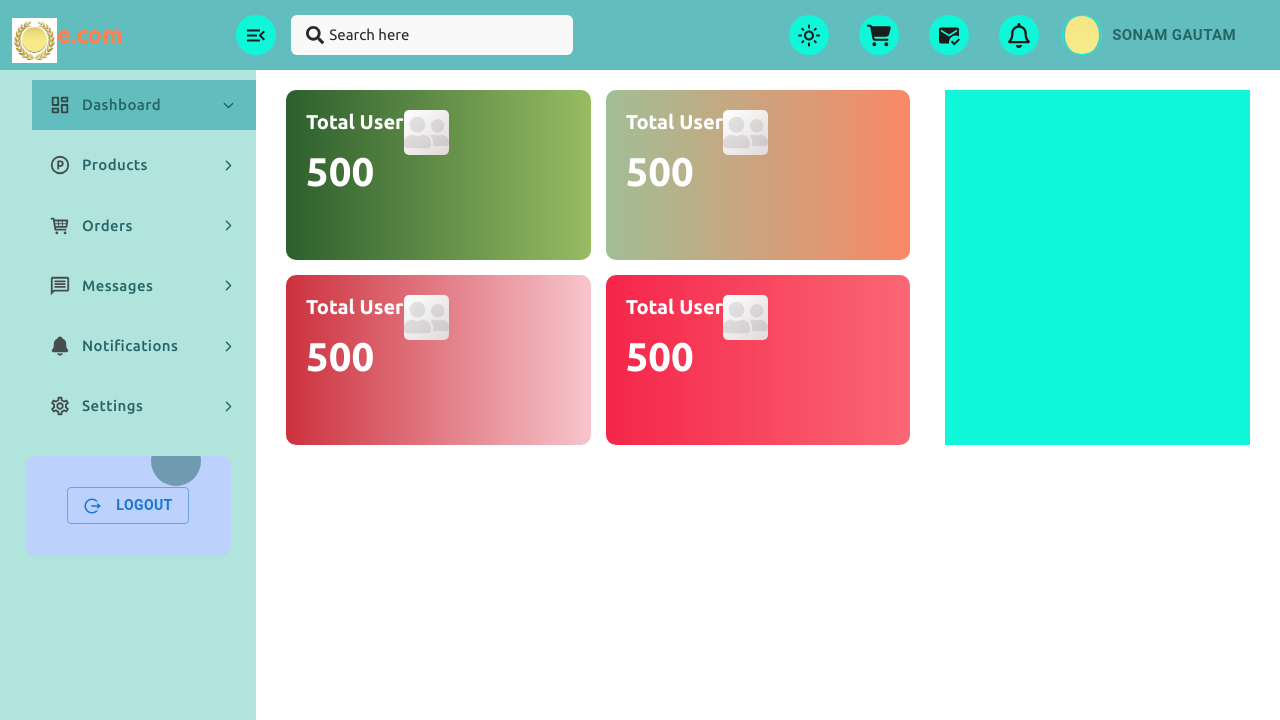
Repository: gautamsonam011/admin-react-dashboard
Page: /
The author's editor kept a copy of each file at every save. The page is drawn from the files as they stood at one save, then again after the next save.
The browser window is 1280 px wide. The pictures show the whole page.
The project was rebuilt for these pictures with package versions that can differ from the ones it lists, and the page was loaded fresh each time.

Above is the page before, as saved 2025-04-16 13:34:27.

### src/App.css
@import url('https://fonts.googleapis.com/css2?family=Ubuntu:ital,wght@0,300;0,400;0,500;0,700;1,300;1,400;1,500;1,700&display=swap');

body{
  font-family: "Ubuntu", sans-serif !important;
  background-color: #f4f8f7;

}

header{
  width:100%;
  height: 70px;
  background-color:#62bebe;
  position: fixed;
  top:0px;
  left:0px;
  z-index: 1000;
}
header .logo{
  text-decoration: none;
}
header .logo img{
  margin-top: 10px;
  width:45px;

}

header .logo span{
color: coral;
font-weight: bolder;
font-size: 24px;
}
header button.rounded-circle{min-width:40px !important; width:40px !important; height: 40px !important; background-color:#0ff7d8 !important; margin: 15px;}
header button.rounded-circle svg{color:rgb(29, 27, 27); font-size: 25px !important; transition: all 0.2s ease-in-out;}
header button.rounded-circle:hover svg{color: #2585d4 !important;}
.searchBox{width:400px; height: 40px; background-color:#faf9f9; border-radius: 6px;padding: 3px 15px;}
.searchBox input{background: transparent;border:0px; outline:none; padding-left: 5px; font-size: 15px; color:#292929}
.searchBox input::-webkit-input-placeholder{color:#292929}
.searchBox svg{font-size: 18px; color:#292929 ;}

.userImg{display: flex; align-items:center; justify-content: center; overflow: hidden; width:40px; height: 40px; border:1px solid #0ff7d8; padding: 2px; border-radius: 100%;}
.userImg .rounded-circle{display: flex; align-items:center; justify-content: center; overflow: hidden; width: 40px; height: 40px; cursor: pointer; position: relative;}
.userImg .rounded-circle .img{object-fit: cover; width: 100%;}
.userInfo{padding-left: 10px;}
.userInfo h5{font-size: 15px; font-weight: 600; margin-bottom:0px; color: #266666;}

#account-menu li{font-size: 14px !important;}
#account-menu li svg{font-size: 20px !important}

.dropdown-info{padding-left: 6px;}
.dropdown-info h4{font-size: 15px; font-weight:600;margin-top: 2px; white-space: break-space; line-height: 21px;}
.dropdown-info p{font-size: 10px; color: #2585d4;}


/* Style for sidebar  */

.main .sidebarWrapper{width: 20%; flex: 0 0 20%; transition: all 0.3s ease-in-out;}
.main .sidebarWrapper .sidebar{width:20%; height: 100vh; position:fixed; top: 70px; left:0px; background:#b1e4dd; overflow-y: scroll; overflow-x: hidden;}
.main .sidebarWrapper .sidebar::-webkit-scrollbar-thumb{background: transparent !important; width:3px;}
.main .sidebarWrapper:hover .sidebar::-webkit-scrollbar{ background:#2585d4; width:3px;}
.main .sidebarWrapper .sidebar ul{margin-bottom:0px;}
.main .sidebarWrapper .sidebar ul li{list-style: none; margin-top:10px;}
.main .sidebarWrapper .sidebar ul li button{color:#266666; text-align: left; justify-content: left; border-radius:0px !important; padding: 12px 15px !important;
  align-items: center; text-transform: capitalize !important;font-family: "Ubuntu", sans-serif !important;
  margin-left: 0px; font-size: 15px !important;
}
.main .sidebarWrapper .sidebar ul li button .icon{display: flex; align-items:center; justify-content: center; width:25px; height:25px; margin-right: 10px;}
.main .sidebarWrapper .sidebar ul li button .icon svg{color:#292929; opacity: 0.8; font-size: 22px;}
.main .sidebarWrapper .sidebar ul li button .arrow{margin-left: auto; display: flex; align-items: center; justify-content: center; width: 25px; transition: all 0.3s ease-in-out}
.main .sidebarWrapper .sidebar ul li button:hover{background:#62bebe !important;}
.main .sidebarWrapper .sidebar ul li button.active{background: #62bebe !important;}
.main .sidebarWrapper .sidebar ul li button.active .arrow{transform: rotate(90deg);}

.main .sidebarWrapper .sidebar ul .submenu{padding: 0px 45px; position:relative; height:auto;}
.main .sidebarWrapper .sidebar ul .submenu::before{content:''; width:1px; height: 95%; position: absolute; top:0px; left:25px; background:rgba(0, 0, 0, 0.1);}
.main .sidebarWrapper .sidebar ul .submenu li{width:100%; list-style: none;}
.main .sidebarWrapper .sidebar ul .submenu li a{color:#266666 !important; text-decoration: none; font-family: "Ubuntu", sans-serif !important;
display: block; padding: 6px 0px; font-size: 14px !important; font-weight: 500; transition:all 0.3s}
.main .sidebarWrapper .sidebar ul .submenu li a:hover{color:#2585d4 !important;}

.main .sidebarWrapper .sidebar ul .submenuWrapper{transition:all 0.3s ease-in-out; height: 0px; overflow: hidden; }
.main .sidebarWrapper .sidebar ul .submenuWrapper.colapsed .submenu{opacity:0;}

.main .sidebarWrapper .sidebar ul .submenuWrapper.colapse{height:auto; overflow: inherit;}
.main .sidebarWrapper .sidebar ul .submenuWrapper.colapse .submenu{opacity:1; height:auto;}

.logoutWrapper{padding: 0px 25px;}
.logoutWrapper .logoutBox{width:100%; height:100px; padding: 25px; background:#bcd2fd; border-radius:10px; margin-bottom:20px; display:flex; align-items: center; justify-content: center;
position:relative; overflow:hidden;}
.logoutWrapper .logoutBox::before{content:''; width:50px; height:50px; background:#266666; border-radius: 100%; position:absolute; top: -20px; right: 30px; opacity:0.5}
.logoutWrapper .logoutBox::after{content:''; width:30px; height:30px; background:#266666; border-radius: 100%; position:absolute; top: -30px; left: 30px; opacity:0.5}
.logoutWrapper .logoutBox button{font-size:14px !important; font-weight: 600 !important; }
.logoutWrapper .logoutBox button svg{margin-right: 15px; font-size:18px;}

.main .content{width:80%; flex: 0 0 80%;}
.dashboardBoxWrapperRow{margin-left: 20%;}
.right-content{padding: 90px 30px;}
.dashboardBoxWrapper{gap: 15px; width:100%; flex-wrap: wrap;}
.dashboardBoxWrapper .dashboardBox{width:48%; height: 170px; border-radius:10px; overflow: hidden; padding:20px;}
.dashboardBoxWrapperRow .box{width:100%; height: 100%; background:#0ff7d8;}

.dashboardBoxWrapper .dashboardBox .col1 h4{font-size: 20px; font-weight: 600;}
.dashboardBoxWrapper .dashboardBox .col1 span{font-size: 40px; font-weight: bold;}
.dashboardBoxWrapper .dashboardBox .icon {display: flex; align-items:center; justify-content: center; width:45px; height: 45px; border-radius:5px; background-image: linear-gradient(to bottom right, #fff, #e0d9d9);}
.dashboardBoxWrapper .dashboardBox .icon svg{font-size: 45px; opacity: 0.1;}

### src/pages/Dashboard/Dashboard.jsx
import DashboardBox from "../../components/DashboardBox";

const Dashboard = () => {
    return (
        <div className="right-content w-100">
            <div className="row dashboardBoxWrapperRow ">
                <div className="col-md-8">
                    <div className="dashboardBoxWrapper d-flex">
                        <DashboardBox color={["#2C5F2D", "#97BC62"]} />
                        <DashboardBox color={["#A1BE95", "#F98866"]} />
                        <DashboardBox color={["#CC313D", "#F7C5CC"]} />
                        <DashboardBox color={["#F52549", "#FA6775"]} />

                    </div>
                </div>
                <div className="col-md-4 pl-0">
                    <div className="box"></div>
                </div>
            </div>
        </div>
    )
}

export default Dashboard;

### src/components/Header/index.jsx
import React, { useState } from 'react';
import { Link } from "react-router-dom";
import logo from "../../assests/images/logo.jpg";
import Button from '@mui/material/Button';
import { MdMenuOpen } from "react-icons/md";
// import { MdOutlineMenu } from "react-icons/md";
import SearchBox from "../SearchBox";
import { MdOutlineLightMode } from "react-icons/md";
// import { MdDarkMode } from "react-icons/md";
import { FaCartShopping } from "react-icons/fa6";
import { MdMarkEmailRead } from "react-icons/md";
import { FaRegBell } from "react-icons/fa";


import Avatar from '@mui/material/Avatar';
import Menu from '@mui/material/Menu';
import MenuItem from '@mui/material/MenuItem';
import ListItemIcon from '@mui/material/ListItemIcon';
import Divider from '@mui/material/Divider';
import { FaShieldAlt } from "react-icons/fa";
import Settings from '@mui/icons-material/Settings';
import Logout from '@mui/icons-material/Logout';

const Header = () => {
    const [anchorEl, setAnchorEl] = useState(null);
    const [anchorElNotification, setAnchorElNotification] = useState(null);

    const open = Boolean(anchorEl);

    const handleOpenMyAccountDropdown = (event) => {
        if (anchorEl) {
            setAnchorEl(null);
        } else {
            setAnchorEl(event.currentTarget);
        }
    };

    const handleOpenMyAccountDropdownClose = () => {
        setAnchorEl(null);
    };

    // For Notification dropdown
    const handleOpennotificationsDrop = (event) => {
        setAnchorElNotification(event.currentTarget);
    };

    const handleClosenotificationsDrop = () => {
        setAnchorElNotification(null);
    };



    return (
        <>
            <header>
                <div className="container-fluid">
                    <div className="row d-flex align-items-center w-100">
                        {/* logo */}
                        <div className="col-sm-2">
                            <Link to="/" className="d-flex align-items-center logo">
                                <img src={logo} alt="logo" />
                                <span className="ml-2">e.com</span>
                            </Link>
                        </div>
                        <div className="col-sm-3 d-flex align-items-center pl-4">
                            <Button className="rounded-circle"><MdMenuOpen /></Button>
                            <SearchBox />
                        </div>
                        <div className="col-sm-7 d-flex align-items-center justify-content-end part3">
                            <Button className="rounded-circle"><MdOutlineLightMode /></Button>
                            <Button className="rounded-circle"><FaCartShopping /></Button>
                            <Button className="rounded-circle"><MdMarkEmailRead /></Button>
                            <Button className="rounded-circle" onClick={handleOpennotificationsDrop}>
                                <FaRegBell />
                            </Button>
                            <Menu
                                anchorEl={anchorElNotification}
                                open={Boolean(anchorElNotification)}
                                onClose={handleClosenotificationsDrop}
                                onClick={handleClosenotificationsDrop}
                                slotProps={{
                                    paper: {
                                        elevation: 0,
                                        sx: {
                                            overflow: 'visible',
                                            filter: 'drop-shadow(0px 2px 8px rgba(0,0,0,0.32))',
                                            mt: 1.5,
                                            '&::before': {
                                                content: '""',
                                                display: 'block',
                                                position: 'absolute',
                                                top: 0,
                                                right: 14,
                                                width: 10,
                                                height: 10,
                                                bgcolor: 'background.paper',
                                                transform: 'translateY(-50%) rotate(45deg)',
                                                zIndex: 0,
                                            },
                                        },
                                    },
                                }}
                                transformOrigin={{ horizontal: 'right', vertical: 'top' }}
                                anchorOrigin={{ horizontal: 'right', vertical: 'bottom' }}
                            >
                                <MenuItem onClick={handleClosenotificationsDrop}>
                                    Orders(12)
                                </MenuItem>
                                <Divider className="mb-2" />
                                <MenuItem onClick={handleClosenotificationsDrop}>
                                    <div className="d-flex align-items-center dropdown-list">

                                        <div className="userImg">
                                        <span className="rounded-circle">
                                            <img src={logo} alt="profile" />
                                        </span>

                                    </div>
                                    <div className='dropdown-info'>
                                        <h4><b>Sona</b> added Leather New Shoes</h4>
                                        <p>Few minutes ago</p>
                                    </div>
                                    </div>

                                </MenuItem>
                                <MenuItem onClick={handleClosenotificationsDrop}>
                                    <div className="d-flex align-items-center dropdown-list">

                                        <div className="userImg">
                                        <span className="rounded-circle">
                                            <img src={logo} alt="profile" />
                                        </span>

                                    </div>
                                    <div className='dropdown-info'>
                                        <h4><b>Sona</b> added Leather New Shoes</h4>
                                        <p>Few minutes ago</p>
                                    </div>
                                    </div>

                                </MenuItem>
                            </Menu>

                            <div className="myAccountWrapper">
                                <Button className="myAccount d-flex align-items-center" onClick={handleOpenMyAccountDropdown}>
                                    <div className="userImg">
                                        <span className="rounded-circle">
                                            <img src={logo} alt="profile" />
                                        </span>

                                    </div>
                                    <div className="userInfo">
                                        <h5>Sonam Gautam</h5>
                                    </div>

                                    <Menu
                                        anchorEl={anchorEl}
                                        id="account-menu"
                                        open={open}
                                        onClose={handleOpenMyAccountDropdownClose}
                                        onClick={handleOpenMyAccountDropdownClose}
                                        slotProps={{
                                            paper: {
                                                elevation: 0,
                                                sx: {
                                                    overflow: 'visible',
                                                    filter: 'drop-shadow(0px 2px 8px rgba(0,0,0,0.32))',
                                                    mt: 1.5,
                                                    '& .MuiAvatar-root': {
                                                        width: 32,
                                                        height: 32,
                                                        ml: -0.5,
                                                        mr: 1,
                                                    },
                                                    '&::before': {
                                                        content: '""',
                                                        display: 'block',
                                                        position: 'absolute',
                                                        top: 0,
                                                        right: 14,
                                                        width: 10,
                                                        height: 10,
                                                        bgcolor: 'background.paper',
                                                        transform: 'translateY(-50%) rotate(45deg)',
                                                        zIndex: 0,
                                                    },
                                                },
                                            },
                                        }}
                                        transformOrigin={{ horizontal: 'right', vertical: 'top' }}
                                        anchorOrigin={{ horizontal: 'right', vertical: 'bottom' }}
                                    >
                                        <MenuItem onClick={handleOpenMyAccountDropdownClose}>
                                            <Avatar /> Profile
                                        </MenuItem>
                                        <Divider />
                                        <MenuItem onClick={handleOpenMyAccountDropdownClose}>
                                            <ListItemIcon>
                                                <FaShieldAlt fontSize="small" />
                                            </ListItemIcon>
                                            Reset Password
                                        </MenuItem>
                                        <MenuItem onClick={handleOpenMyAccountDropdownClose}>
                                            <ListItemIcon>
                                                <Settings fontSize="small" />
                                            </ListItemIcon>
                                            Settings
                                        </MenuItem>
                                        <MenuItem onClick={handleOpenMyAccountDropdownClose}>
                                            <ListItemIcon>
                                                <Logout fontSize="small" />
                                            </ListItemIcon>
                                            Logout
                                        </MenuItem>
                                    </Menu>
                                </Button>
                            </div>
                        </div>
                    </div>
                </div>
            </header>
        </>
    )
}

export default Header

### src/components/Sidebar/index.jsx
import Button from '@mui/material/Button';
import { RiDashboardLine } from "react-icons/ri";
import { IoIosArrowForward } from "react-icons/io";
import { TbBrandProducthunt } from "react-icons/tb";
import { TiShoppingCart } from "react-icons/ti";
import { MdOutlineMessage } from "react-icons/md";
import { IoNotifications } from "react-icons/io5";
import { MdOutlineSettings } from "react-icons/md";
import { Link } from 'react-router-dom';
import React, {useState} from "react";
import { RiLogoutCircleRLine } from "react-icons/ri";

const Sidebar = () =>{
    const [activeTab, setActiveTab] = useState(0);
    const [isToggleSubmenu, setIsToggleSubmenu] = useState(false);

    const isOpenSubmenu = (index) =>{
        setActiveTab(index);
        setIsToggleSubmenu(!isToggleSubmenu);


    }

    return(
        <div className="sidebar">
            <ul>
                <li>
                    <Link to="/">
                    <Button className={`w-100 ${activeTab === 0 ? 'active' : ''}`} onClick={()=>isOpenSubmenu(0)}>
                        <span className='icon'><RiDashboardLine/></span>
                        Dashboard
                        <span className="arrow"><IoIosArrowForward/></span>
                    </Button>
                    </Link>
                </li>
                <li>
                    <Button className={`w-100 ${activeTab === 1 && isToggleSubmenu===true ?  'active' : ''}`} onClick={()=>isOpenSubmenu(1)}>
                        <span className='icon'><TbBrandProducthunt/></span>
                        Products
                        <span className="arrow"><IoIosArrowForward/></span>
                    </Button>
                    <div className={`submenuWrapper ${activeTab===1 && isToggleSubmenu===true ? 'colapse':'colapsed'}`}>
                    <ul className='submenu'>
                        <li><Link to="#">Product Add</Link></li>
                        <li><Link to="#">Product List</Link></li>
                        <li><Link to="#">Product View</Link></li>
                    </ul>
                    </div>
                </li>
                <li>
                    <Link to="/">
                    <Button className={`w-100 ${activeTab === 2 ? 'active' : ''}`} onClick={()=>isOpenSubmenu(2)}>
                        <span className='icon'><TiShoppingCart/></span>
                        Orders
                        <span className="arrow"><IoIosArrowForward/></span>
                    </Button>
                    </Link>
                </li>
                <li>
                    <Link to="/">
                    <Button className={`w-100 ${activeTab === 3 ? 'active' : ''}`} onClick={()=>isOpenSubmenu(3)}>
                        <span className='icon'><MdOutlineMessage/></span>
                        Messages
                        <span className="arrow"><IoIosArrowForward/></span>
                    </Button>
                    </Link>
                </li>
                <li>
                    <Link to="/">
                    <Button className={`w-100 ${activeTab === 4 ? 'active' : ''}`} onClick={()=>isOpenSubmenu(4)}>
                        <span className='icon'><IoNotifications/></span>
                        Notifications
                        <span className="arrow"><IoIosArrowForward/></span>
                    </Button>
                    </Link>
                </li>
                <li>
                    <Link to="/">
                    <Button className={`w-100 ${activeTab === 5 ? 'active' : ''}`} onClick={()=>isOpenSubmenu(5)}>
                        <span className='icon'><MdOutlineSettings /></span>
                        Settings
                        <span className="arrow"><IoIosArrowForward/></span>
                    </Button>
                    </Link>
                </li>
            </ul>
            <br/>
            <div className="logoutWrapper">
                <div className="logoutBox">
            <Button variant="outlined"> <RiLogoutCircleRLine/>Logout</Button>
            </div>
            </div>
        </div>
    )
}

export default Sidebar

### src/components/DashboardBox.jsx
import { FaUserFriends } from "react-icons/fa";


const DashboardBox = (props) => {

    return (
        <div className="dashboardBox" style={{
            backgroundImage: `linear-gradient(to right, ${props.color?.[0]}, ${props.color?.[1]})`
        }}
        >
            <div className="d-flex w-100">
                <div className="col1">
                    <h4 className="text-white">Total User</h4>
                    <span className="text-white">500</span>
                </div>
                <div className="ml-auto">
                    <span className="icon">
                        <FaUserFriends/>
                    </span>
                </div>
            </div>
        </div>


    )

}

export default DashboardBox;

### src/components/SearchBox.jsx
import { FaSearch } from "react-icons/fa";

const SearchBox = () =>{
    return (
        <div className="searchBox position-relative d-flex align-items-center">
            <FaSearch className="mr-2" />
            <input type="text" placeholder="Search here"  />
        </div>
    )
}

export default SearchBox;

Loaded but not shown: public/index.html (common file); src/index.js (common file); src/reportWebVitals.js (common file); src/App.js (27 lines, source omitted)

After the next save:
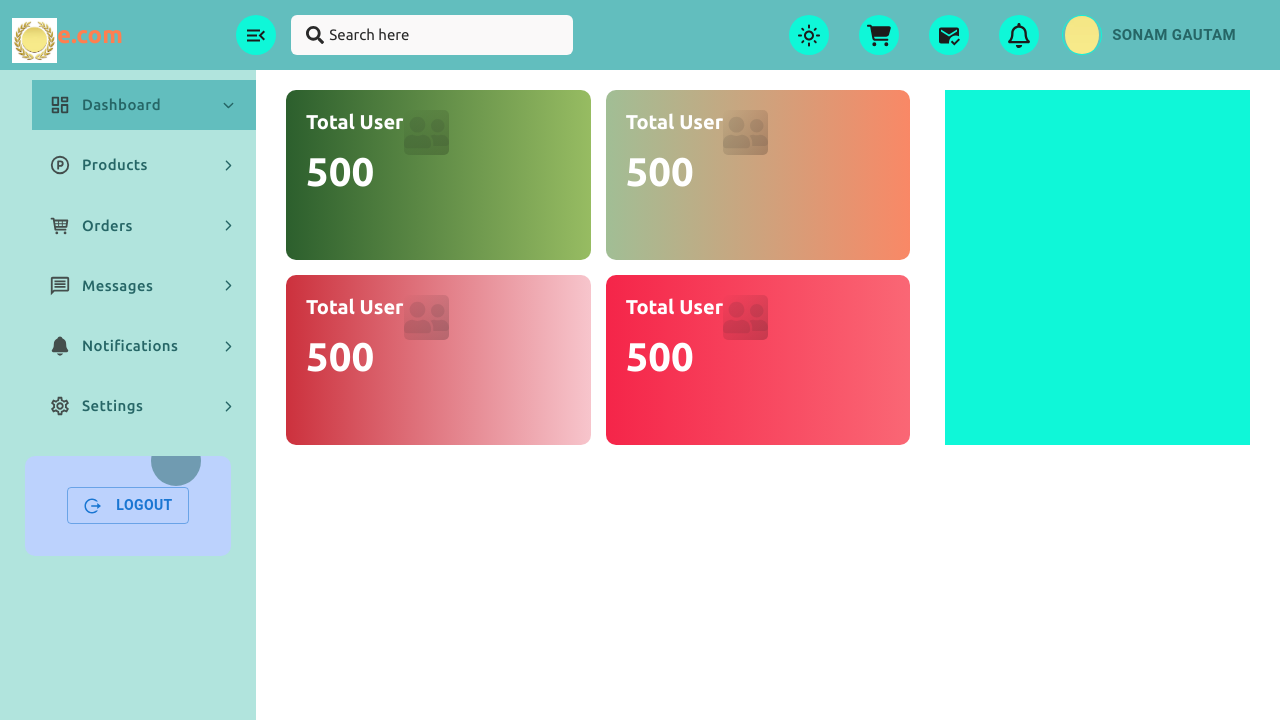
Saved 95 s later.
--- a/src/App.css
+++ b/src/App.css
@@ -100,5 +100,5 @@ position:relative; overflow:hidden;}
 
 .dashboardBoxWrapper .dashboardBox .col1 h4{font-size: 20px; font-weight: 600;}
 .dashboardBoxWrapper .dashboardBox .col1 span{font-size: 40px; font-weight: bold;}
-.dashboardBoxWrapper .dashboardBox .icon {display: flex; align-items:center; justify-content: center; width:45px; height: 45px; border-radius:5px; background-image: linear-gradient(to bottom right, #fff, #e0d9d9);}
+.dashboardBoxWrapper .dashboardBox .icon {display: flex; align-items:center; justify-content: center; width:45px; height: 45px; border-radius:5px; background-image: linear-gradient(to bottom right, rgba(0, 0, 0, 0), rgba(0, 0, 0, 0.2));}
 .dashboardBoxWrapper .dashboardBox .icon svg{font-size: 45px; opacity: 0.1;}
